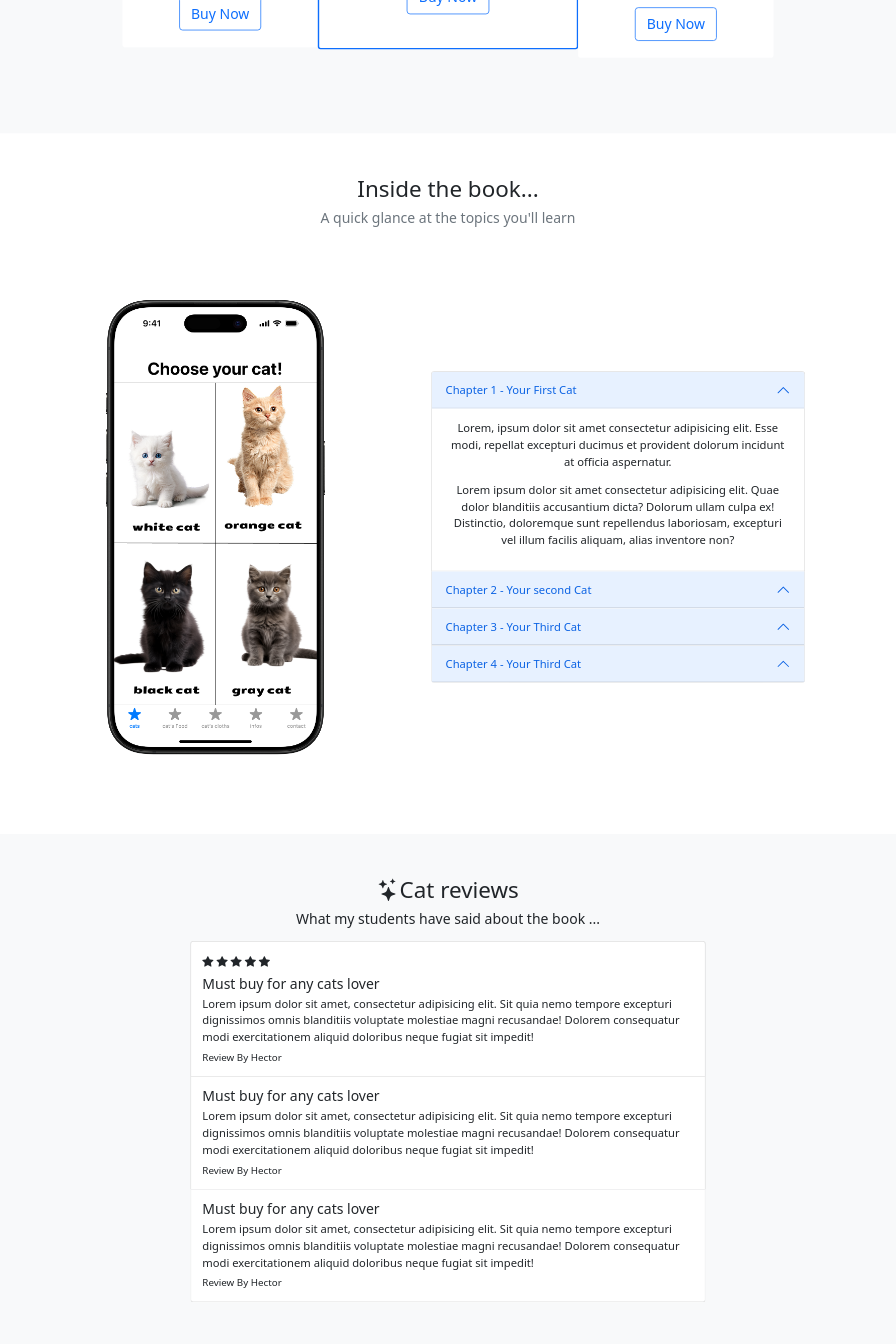
Repository: rihebtlh/catty-storefront
Page: index.html
These files come from the project's save history. The page is drawn as it stood at one moment and after a run of saves; the edit follows.
The browser window is 1280 px wide. The pictures show the part of the page from y = 1269 to 3189 px (the page is 3189 px tall before and 3181 px after), at 70% of full size.

Above is the page before, as saved 2025-06-18 16:43:29.

### index.html
<!DOCTYPE html>
<html lang="en">
<head>
  <meta charset="UTF-8" />
  <meta name="viewport" content="width=device-width, initial-scale=1.0" />
  <link
    href="https://cdn.jsdelivr.net/npm/bootstrap@5.0.2/dist/css/bootstrap.min.css"
    rel="stylesheet"
    integrity="sha384-EVSTQN3/azprG1Anm3QDgpJLIm9Nao0Yz1ztcQTwFspd3yD65VohhpuuCOmLASjC"
    crossorigin="anonymous"
  />
  <link rel="stylesheet" href="https://cdn.jsdelivr.net/npm/bootstrap-icons@1.13.1/font/bootstrap-icons.min.css">
  <title>Catty</title>
  <style>
    section {
      padding: 60px 0;
    }
  </style>
</head>
<body>
  <!-- Navbar -->
    <nav class="navbar navbar-expand-md navbar-light bg-light">
        <div class="container-xxl">
            <a href="#intro" class="navbar-brand">
                <span class="fw-bold text-secondary">Catty - find your cat</span>
            </a>
      <!-- Toggle button -->
            <button
                class="navbar-toggler"
                type="button"
                data-bs-toggle="collapse"
                data-bs-target="#main-nav"
                aria-controls="main-nav"
                aria-expanded="false"
                aria-label="Toggle navigation">
                <span class="navbar-toggler-icon"></span>
            </button>
      <!-- Navbar links -->
            <div class="collapse navbar-collapse justify-content-end align-center" id="main-nav">
                <ul class="navbar-nav">
                <li class="nav-item">
                    <a class="nav-link" href="#topics">About</a>
                </li>
                <li class="nav-item">
                    <a class="nav-link" href="#reviews">Reviews</a>
                </li>
                <li class="nav-item">
                    <a class="nav-link" href="#contact">Get in Touch</a>
                </li>
                <li class="nav-item d-md-none">
                    <a class="nav-link" href="#pricing">Pricing</a>
                </li>
                <li class="nav-item ms-2 d-none d-md-inline">
                    <a class="btn btn-secondary" href="#pricing">Get it Now</a>
                </li>
                </ul>
            </div>
        </div>
    </nav>

  <!-- Main image & intro text -->
  <section id="intro">
    <div class="container-lg">
      <div class="row justify-content-center align-items-center">
        <div class="col-md-5 text-center text-md-start">
          <h1>
            <div class="display-2">Catty</div>
            <div class="display-5 text-muted">Where every kitty feels at home</div>
          </h1>
          <p class="lead my-4 text-muted">
            Lorem ipsum dolor sit amet consectetur adipisicing elit.
          </p>
          <a href="#pricing" class="btn btn-secondary btn-lg">Get your cat Now!</a>
        </div>
        <div class="col-md-5 text-center d-none d-md-block">
          <img class="img-fluid" src="/assets/catLogo.webp" alt="cat" />
        </div>
      </div>
    </div>
  </section>

    <!-- pricing plans -->
    <!-- pricing plans -->
  <section id="pricing" class="bg-light mt-5">
    <div class="container-lg">
      <div class="text-center">
        <h2>Pricing Plans</h2>
        <p class="lead text-muted">Choose a pricing plan to suit you.</p>
      </div>

      <div class="row my-5 g-0 align-items-center justify-content-center"> <!--g-0 is for the gap so this one there's no gap-->
        <div class="col-8 col-lg-4 col-xl-3">
          <div class="card border-0">
            <div class="card-body text-center py-4">
              <h4 class="card-title">Starter Edition</h4>
              <p class="lead card-subtitle">eBook download only</p>
              <p class="display-5 my-4 text-primary fw-bold">$12.99</p>
              <p class="card-text mx-5 text-muted d-none d-lg-block">Lorem ipsum dolor sit amet consectetur adipisicing elit. Mollitia, vitae magni! Repellat commodi a fuga corporis saepe dolorum.</p>
              <a href="#" class="btn btn-outline-primary btn-lg mt-3">
                Buy Now
              </a>
            </div>
          </div>
        </div>

        <div class="col-9 col-lg-4">
          <div class="card border-primary border-2">
            <div class="card-header text-center text-primary">Most Popular</div>
            <div class="card-body text-center py-5">
              <h4 class="card-title">Complete Edition</h4>
              <p class="lead card-subtitle">eBook download & all updates</p>
              <p class="display-4 my-4 text-primary fw-bold">$18.99</p>
              <p class="card-text mx-5 text-muted d-none d-lg-block">Lorem ipsum dolor sit amet consectetur adipisicing elit. Mollitia, vitae magni! Repellat commodi a fuga corporis saepe dolorum.</p>
              <a href="#" class="btn btn-outline-primary btn-lg mt-3">
                Buy Now
              </a>
            </div>
          </div>
        </div>

        <div class="col-8 col-lg-4 col-xl-3">
          <div class="card border-0">
            <div class="card-body text-center py-4">
              <h4 class="card-title">Ultimate Edition</h4>
              <p class="lead card-subtitle">download, updates & extras</p>
              <p class="display-5 my-4 text-primary fw-bold">$24.99</p>
              <p class="card-text mx-5 text-muted d-none d-lg-block">Lorem ipsum dolor sit amet consectetur adipisicing elit. Mollitia, vitae magni! Repellat commodi a fuga corporis saepe dolorum.</p>
              <a href="#" class="btn btn-outline-primary btn-lg mt-3">
                Buy Now
              </a>
            </div>
          </div>
        </div>
      </div>
    </div><!-- end container -->
  </section>

    <!-- topics at a glance -->
     <section class="topics">
      <div class="container-md"> <!--100% width until meduim screens qt thispoint it will get everything at the middle-->
        <div class="text-center">
          <h2>Inside the book...</h2>
          <p class="lead text-muted">
            A quick glance at the topics you'll learn
          </p>
          <div class="row my-5 g-5 justify-content-around align-items-center">
            <div class="col-6 col-lg-4">
              <img src="/assets/phone.png" class="img-fluid" alt="ebook">
            </div>
            <div class="col-lg-6">
            <!-- accordion 1-->
            <div class="accordion" id="chapters">
              <div class="accordion-item">
                <h2 class="accordion-header" id="heading-1">
                  <button class="accordion-button" type="button" data-bs-toggle="collapse" data-bs-target="#chapter-1" aria-expanded="true" aria-controls="chapter-1">
                    Chapter 1 - Your First Cat
                  </button>
                </h2>
                <div id="chapter-1" class="accordion-collapse collapse show" aria-labelledby="heading-1" data-bs-parent="#chapters">
                  <div class="accordion-body">
                    <p>Lorem, ipsum dolor sit amet consectetur adipisicing elit. Esse modi, repellat excepturi ducimus et provident dolorum incidunt at officia aspernatur.</p>
                    <p>Lorem ipsum dolor sit amet consectetur adipisicing elit. Quae dolor blanditiis accusantium dicta? Dolorum ullam culpa ex! Distinctio, doloremque sunt repellendus laboriosam, excepturi vel illum facilis aliquam, alias inventore non?</p>

                  </div>
                </div>
              </div>
              <!-- accordion 2-->
              <div class="accordion-item">
                <h2 class="accordion-header" id="heading-2">
                  <button class="accordion-button" type="button" data-bs-toggle="collapse" data-bs-target="#chapter-2" aria-expanded="true" aria-controls="chapter-2">
                    Chapter 2 - Your second Cat
                  </button>
                </h2>
                <div id="chapter-2" class="accordion-collapse collapse" aria-labelledby="heading-2" data-bs-parent="#chapters">
                  <div class="accordion-body">
                    <p>Lorem, ipsum dolor sit amet consectetur adipisicing elit. Esse modi, repellat excepturi ducimus et provident dolorum incidunt at officia aspernatur.</p>
                    <p>Lorem ipsum dolor sit amet consectetur adipisicing elit. Quae dolor blanditiis accusantium dicta? Dolorum ullam culpa ex! Distinctio, doloremque sunt repellendus laboriosam, excepturi vel illum facilis aliquam, alias inventore non?</p>
                  </div>
                </div>
              </div>

              <!-- accordion 3-->
              <div class="accordion-item">
                <h2 class="accordion-header" id="heading-3">
                  <button class="accordion-button" type="button" data-bs-toggle="collapse" data-bs-target="#chapter-3" aria-expanded="true" aria-controls="chapter-3">
                    Chapter 3 - Your Third Cat
                  </button>
                </h2>
                <div id="chapter-3" class="accordion-collapse collapse" aria-labelledby="heading-3" data-bs-parent="#chapters">
                  <div class="accordion-body">
                    <p>Lorem, ipsum dolor sit amet consectetur adipisicing elit. Esse modi, repellat excepturi ducimus et provident dolorum incidunt at officia aspernatur.</p>
                    <p>Lorem ipsum dolor sit amet consectetur adipisicing elit. Quae dolor blanditiis accusantium dicta? Dolorum ullam culpa ex! Distinctio, doloremque sunt repellendus laboriosam, excepturi vel illum facilis aliquam, alias inventore non?</p>
                  </div>
                </div>
              </div>

              <!-- accordion 4-->
              <div class="accordion-item">
                <h2 class="accordion-header" id="heading-4">
                  <button class="accordion-button" type="button" data-bs-toggle="collapse" data-bs-target="#chapter-4" aria-expanded="true" aria-controls="chapter-4">
                    Chapter 4 - Your Third Cat
                  </button>
                </h2>
                <div id="chapter-4" class="accordion-collapse collapse" aria-labelledby="heading-4" data-bs-parent="#chapters">
                  <div class="accordion-body">
                    <p>Lorem, ipsum dolor sit amet consectetur adipisicing elit. Esse modi, repellat excepturi ducimus et provident dolorum incidunt at officia aspernatur.</p>
                    <p>Lorem ipsum dolor sit amet consectetur adipisicing elit. Quae dolor blanditiis accusantium dicta? Dolorum ullam culpa ex! Distinctio, doloremque sunt repellendus laboriosam, excepturi vel illum facilis aliquam, alias inventore non?</p>
                  </div>
                </div>
              </div>
              </div>

            </div>

          </div><!--around: spred around any free space (all the gaps are equal)-->
        </div>
      </div>
     </section>



    <!-- reviews list -->
    <section class="bg-light" id="reviews">
      <div class="container-lg">
        <div class="text-center">
          <h2><i class="bi bi-stars"></i>Cat reviews</h2>
          <p class="lead">What my students have said about the book ...</p>
        </div>
        <div class="row justify-content-center">
          <div class="col-lg-8">
            <div class="list-group">
              <div class="list-group-item py-3">
                <div class="pb-2">
                  <i class="bi bi-star-fill"></i>
                  <i class="bi bi-star-fill"></i>
                  <i class="bi bi-star-fill"></i>
                  <i class="bi bi-star-fill"></i>
                  <i class="bi bi-star-fill"></i>
                </div>
                <h5 class="mb-1">Must buy for any cats lover</h5>
                <p class="mb-1">Lorem ipsum dolor sit amet, consectetur adipisicing elit. Sit quia nemo tempore excepturi dignissimos omnis blanditiis voluptate molestiae magni recusandae! Dolorem consequatur modi exercitationem aliquid doloribus neque fugiat sit impedit!</p>
                <small>Review By Hector</small>
              </div>
              <div class="list-group-item py-3">
                <h5 class="mb-1">Must buy for any cats lover</h5>
                <p class="mb-1">Lorem ipsum dolor sit amet, consectetur adipisicing elit. Sit quia nemo tempore excepturi dignissimos omnis blanditiis voluptate molestiae magni recusandae! Dolorem consequatur modi exercitationem aliquid doloribus neque fugiat sit impedit!</p>
                <small>Review By Hector</small>
              </div>
              <div class="list-group-item py-3">
                <h5 class="mb-1">Must buy for any cats lover</h5>
                <p class="mb-1">Lorem ipsum dolor sit amet, consectetur adipisicing elit. Sit quia nemo tempore excepturi dignissimos omnis blanditiis voluptate molestiae magni recusandae! Dolorem consequatur modi exercitationem aliquid doloribus neque fugiat sit impedit!</p>
                <small>Review By Hector</small>
              </div>
            </div>
          </div>
        </div>
      </div>
    </section>
    <!-- contact form -->


    <!-- get updates / modal trigger -->

  <!-- Bootstrap JS -->
  <script
    src="https://cdn.jsdelivr.net/npm/bootstrap@5.0.2/dist/js/bootstrap.bundle.min.js"
    integrity="sha384-MrcW6ZMFYlzcLA8Nl+NtUVF0sA7MsXsP1UyJoMp4YLEuNSfAP+JcXn/tWtIaxVXM"
    crossorigin="anonymous"
  ></script>
</body>
</html>

After the next 3 saves:
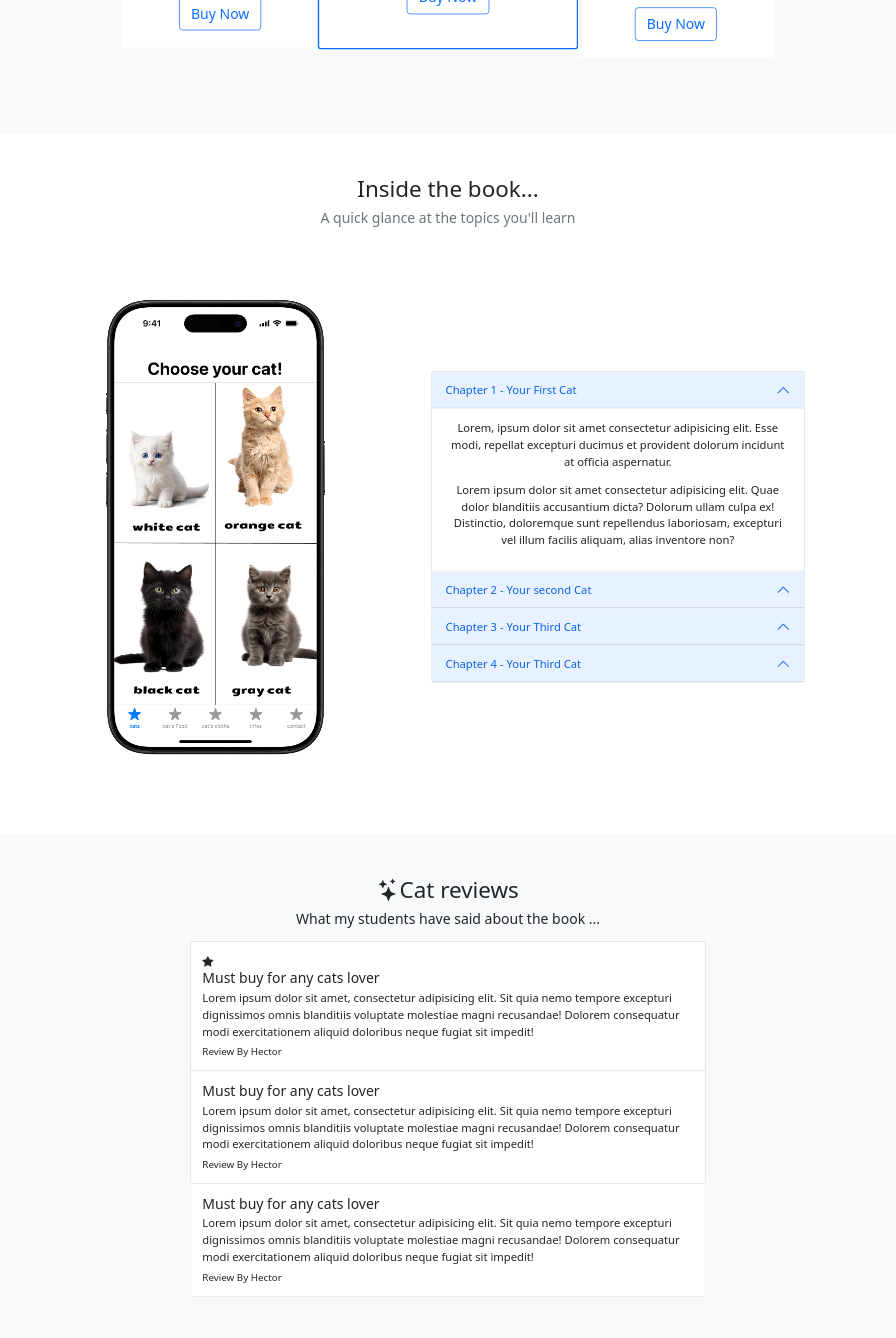
The 3 saves are shown as one change because they came seconds apart.
The last was saved 16 s later.
--- a/index.html
+++ b/index.html
@@ -230,13 +230,7 @@
           <div class="col-lg-8">
             <div class="list-group">
               <div class="list-group-item py-3">
-                <div class="pb-2">
-                  <i class="bi bi-star-fill"></i>
-                  <i class="bi bi-star-fill"></i>
-                  <i class="bi bi-star-fill"></i>
-                  <i class="bi bi-star-fill"></i>
-                  <i class="bi bi-star-fill"></i>
-                </div>
+                <i class="bi bi-star-fill"></i>
                 <h5 class="mb-1">Must buy for any cats lover</h5>
                 <p class="mb-1">Lorem ipsum dolor sit amet, consectetur adipisicing elit. Sit quia nemo tempore excepturi dignissimos omnis blanditiis voluptate molestiae magni recusandae! Dolorem consequatur modi exercitationem aliquid doloribus neque fugiat sit impedit!</p>
                 <small>Review By Hector</small>
